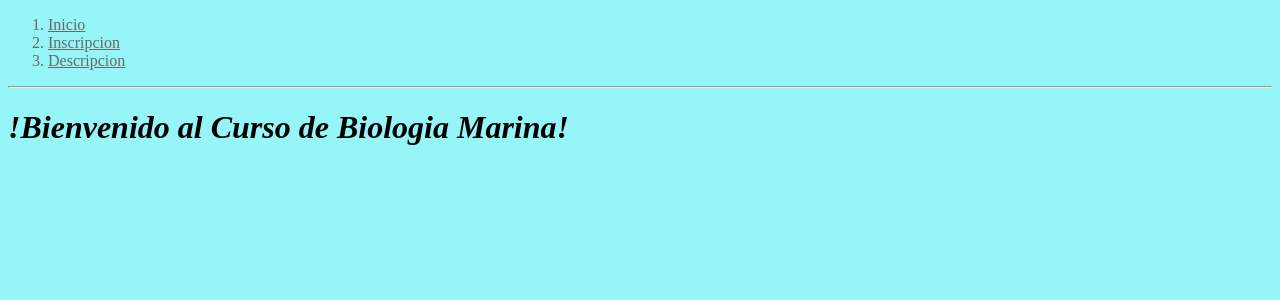
Repository: Arito05/Mi-primer-Repositorio
Page: nuevo/inicio.html
The author's editor kept a copy of each file at every save. The page is drawn from the files as they stood at one save, then again after the next save.
The browser window is 1280 px wide. The pictures show the whole page.

Above is the page before, as saved 2024-07-20 11:25:28.

After the next save:
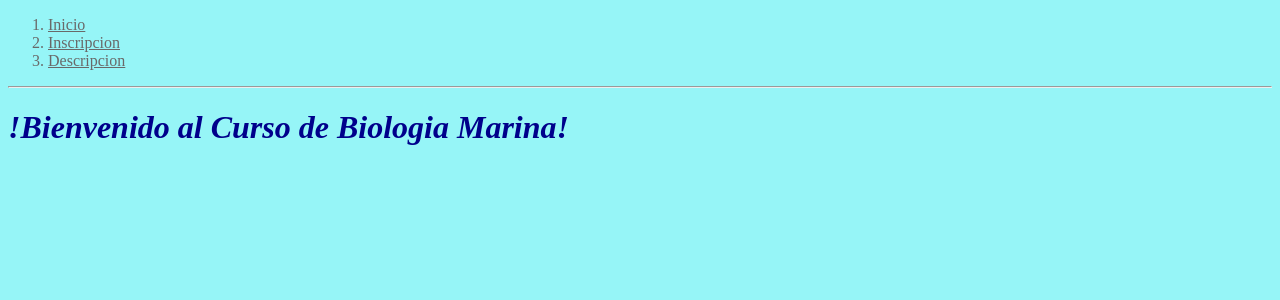
Saved 7 s later.
--- a/nuevo/inicio.html
+++ b/nuevo/inicio.html
@@ -20,6 +20,6 @@
     </ol>
     <hr style="color: white" />
 
-    <h1 style="color: ;"><i>!Bienvenido al Curso de Biologia Marina!</i></h1>
+    <h1 style="color: darkblue;"><i>!Bienvenido al Curso de Biologia Marina!</i></h1>
   </body>
 </html>
